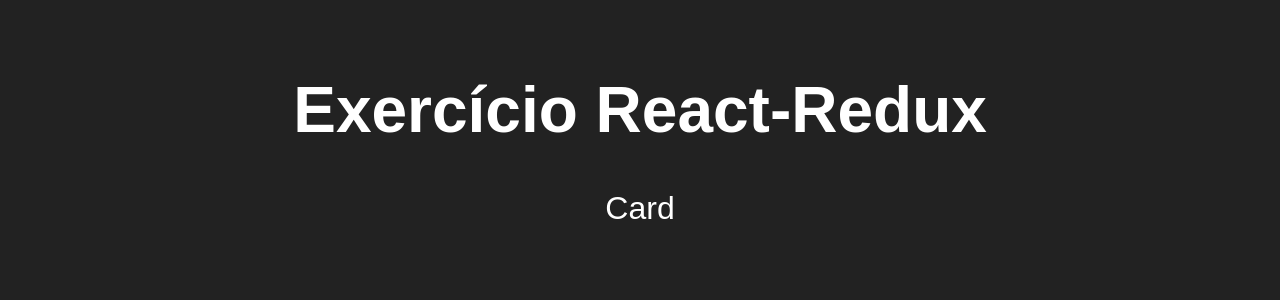
Repository: Henrique-Franca/Clear-Redux-Simples
Page: /
An editor plug-in stored every save of this project. The page is shown before and after the next save, followed by the edit.
The browser window is 1280 px wide. The pictures show the whole page.
The project was rebuilt for these pictures with package versions that can differ from the ones it lists, and the page was loaded fresh each time. Also part of the build but not shown: src/components/Card.css.

Above is the page before, as saved 2022-11-21 11:33:10.

After the next save:
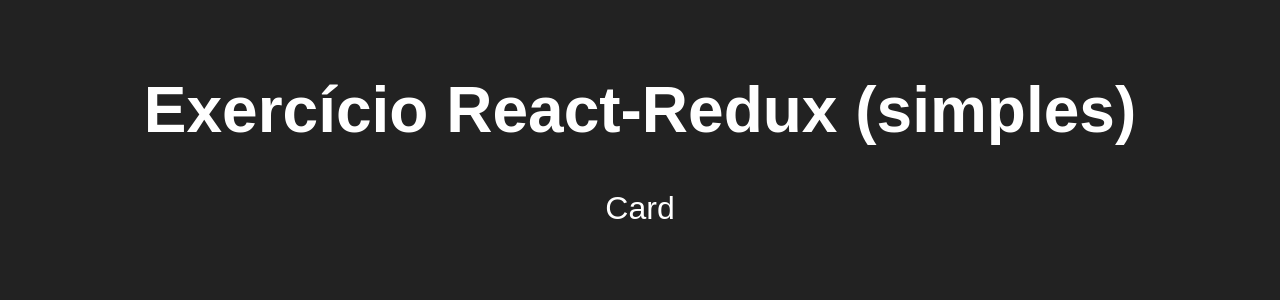
Saved 11 s later.
--- a/src/App.js
+++ b/src/App.js
@@ -5,7 +5,7 @@ import Card from './components/Card';
 function App() {
   return (
     <div className="App">
-      <h1>Exercício React-Redux</h1>
+      <h1>Exercício React-Redux (simples)</h1>
       <Card/>
     </div>
   );
